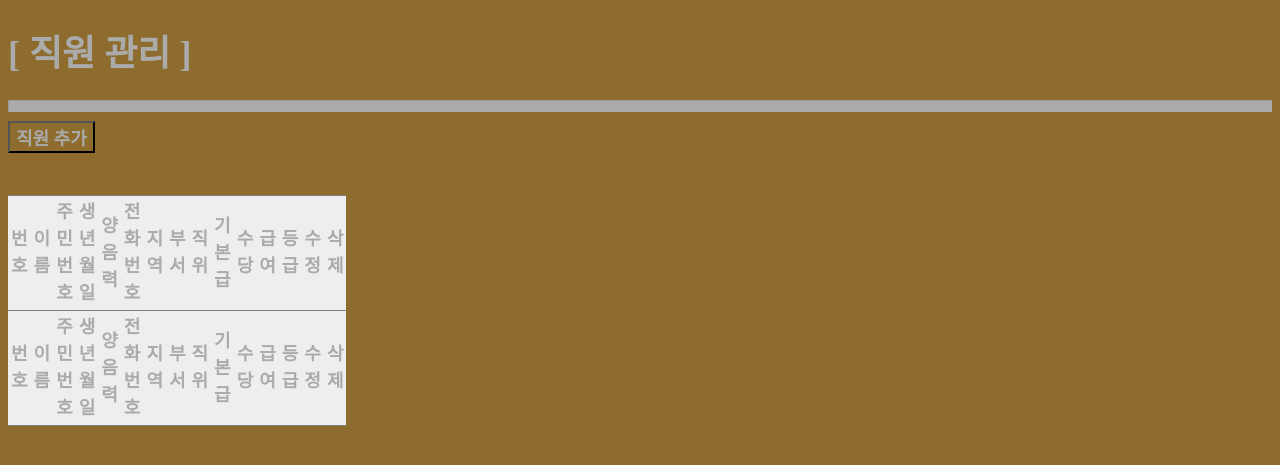
Repository: Umkimisstrong/UM_SpringMVCStudy
Page: http://localhost/mvc04/EmployeeList.jsp
These files come from the project's save history. The page is drawn as it stood at one moment and after the next save; the edit follows.
The browser window is 1280 px wide. The pictures show the whole page.
The page is served by Tomcat 9.

Above is the page before, as saved 2022-05-27 01:31:13.

After the next save:
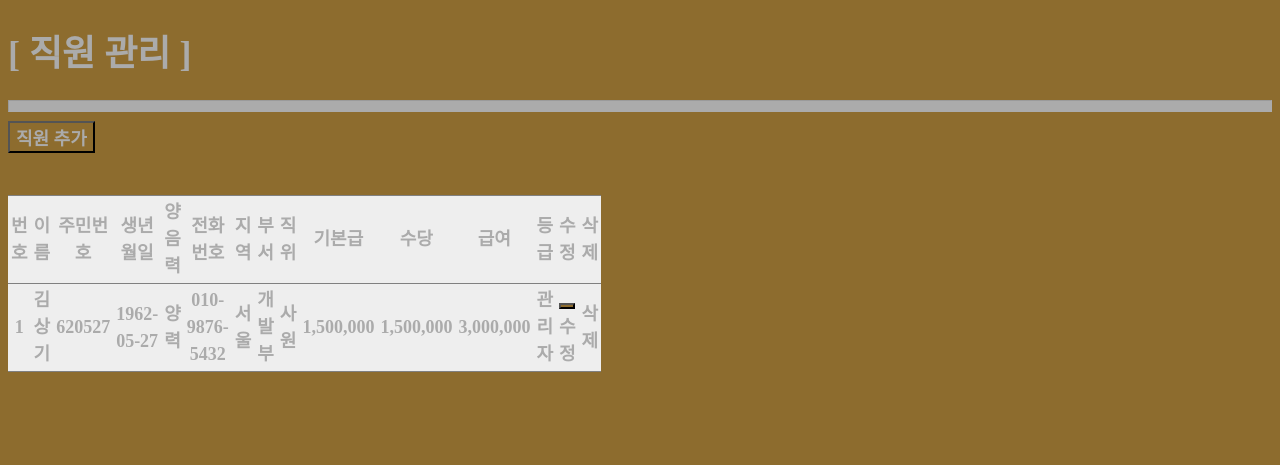
Saved 107 s later.
--- a/mvc04/WebContent/EmployeeList.jsp
+++ b/mvc04/WebContent/EmployeeList.jsp
@@ -64,20 +64,20 @@
 
 		<tr>
 			<!-- 항목 15EA -->
-			<th>번호</th>
-			<th>이름</th>
-			<th>주민번호</th>
-			<th>생년월일</th>
-			<th>양음력</th>
-			<th>전화번호</th>
-			<th>지역</th>
-			<th>부서</th>
-			<th>직위</th>
-			<th>기본급</th>
-			<th>수당</th>
-			<th>급여</th>
-			<th>등급</th>
-			<th>수정</th>
+			<th>1</th>
+			<th>김상기</th>
+			<th>620527</th>
+			<th>1962-05-27</th>
+			<th>양력</th>
+			<th>010-9876-5432</th>
+			<th>서울</th>
+			<th>개발부</th>
+			<th>사원</th>
+			<th>1,500,000</th>
+			<th>1,500,000</th>
+			<th>3,000,000</th>
+			<th>관리자</th>
+			<th><button type="button" class="btn"> </button>수정</th>
 			<th>삭제</th>
 		</tr>
 
